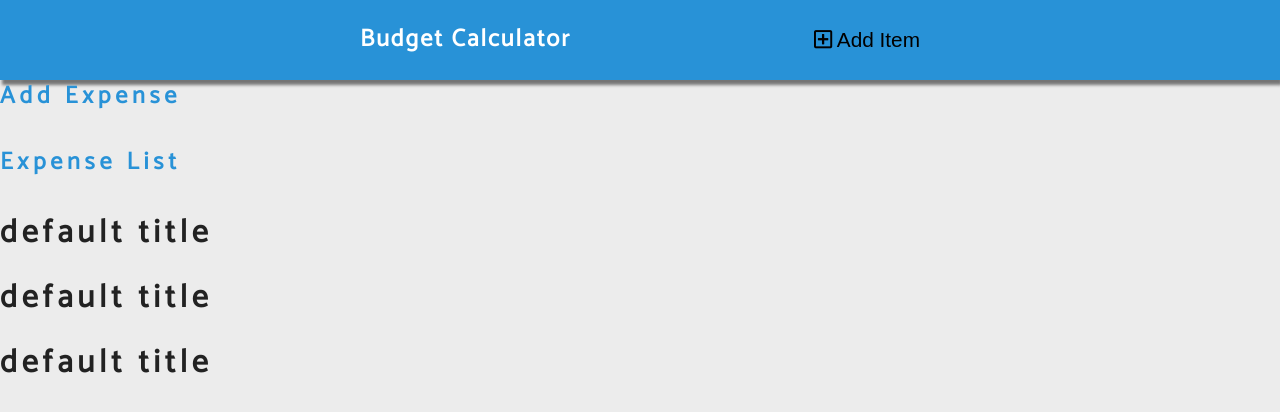
Repository: webdril/budget
Page: /
The author's editor kept a copy of each file at every save. The page is drawn from the files as they stood at one save, then again after the next save.
The browser window is 1280 px wide. The pictures show the whole page.
The project was rebuilt for these pictures with package versions that can differ from the ones it lists, and the page was loaded fresh each time. Also part of the build but not shown: src/Example.svelte.

Above is the page before, as saved 2020-02-29 02:35:16.

After the next save:
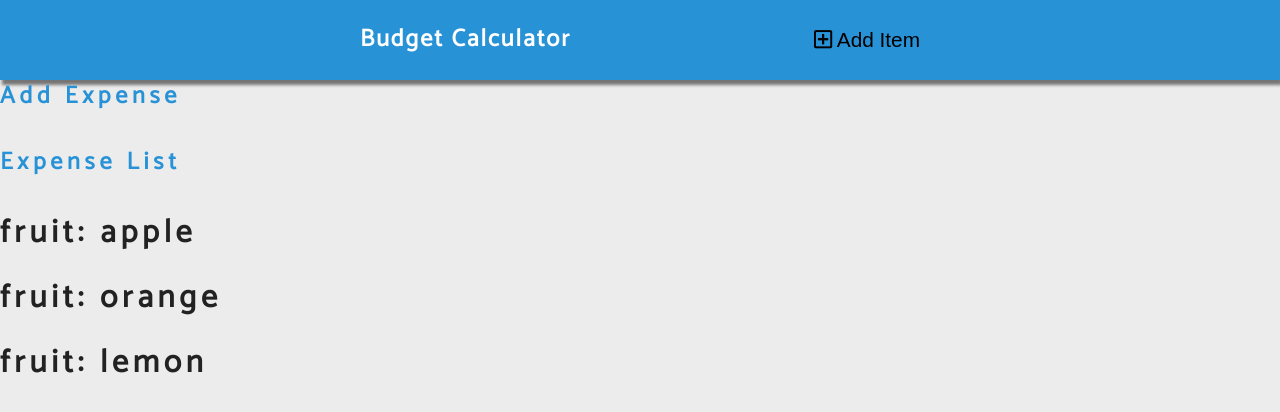
Saved 114 s later.
--- a/src/App.svelte
+++ b/src/App.svelte
@@ -12,5 +12,5 @@ let fruits = ['apple', 'orange', 'lemon']
 <Title title="expense list"/>
 
 {#each fruits as item}
-<h1>default title</h1>
+<h1>fruit: {item}</h1>
 {/each}
